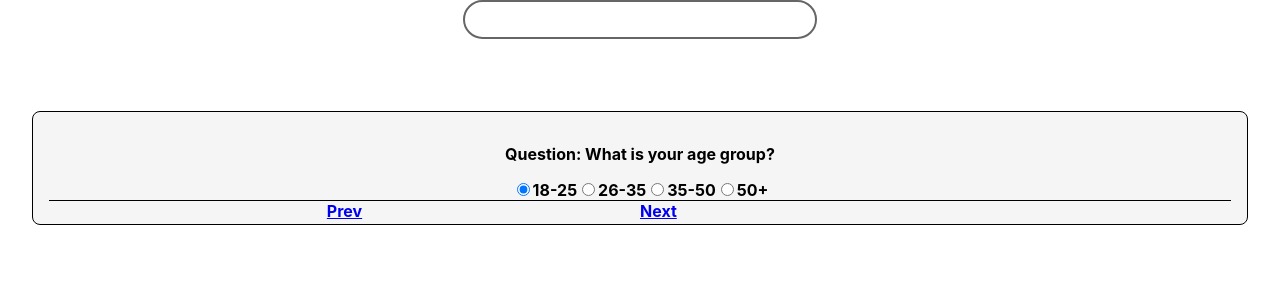
Repository: TheRungtaLibrary/survey
Page: /steps/4
These files come from the project's save history. The page is drawn as it stood at one moment and after the next save; the edit follows.
The browser window is 1280 px wide. The pictures show the whole page.
The project was rebuilt for these pictures with package versions that can differ from the ones it lists, and the page was loaded fresh each time. Also part of the build but not shown: src/App.css, src/components/Steps/Intro/Intro.js, src/components/Steps/Step1/Step1.js, src/components/Steps/Step2/Step2.js, src/components/Steps/Step3/Step3.js, src/components/Steps/Summary/Summary.scss, src/components/Steps/Summary/Summary.js.

Above is the page before, as saved 2020-03-19 18:04:53.

### src/App.js
import React from 'react';
import {
  BrowserRouter as Router,
  Switch,
  Route
} from "react-router-dom";
import "./App.css";
import {SurveyProvider} from "./contexts/SurveyContext";
import Steps from "./components/Steps/Steps";
import { ProgressBarContainer } from "./components/ProgressBarContainer/ProgressBarContainer";
//import NavigationFooter from "./components/NavigationFooter/NavigationFooter";


function App() {
  return (
    <div className="app">
      <Router>
        <Switch>
          <Route path="/">
            <SurveyProvider>
              <ProgressBarContainer />
              <Steps />
            </SurveyProvider>
          </Route>
        </Switch>
      </Router>
    </div>
  );

}

export default App;

### src/contexts/SurveyContext.js
import React from "react";
import { useHistory } from "react-router-dom";
import { useStateWithLocalStorage } from "../utils/useStateWithLocalStorage";
const SurveyContext = React.createContext(null);
export const SurveyConsumer = SurveyContext.Consumer;

export function SurveyProvider({children}) {
    const [info, setInfo] = useStateWithLocalStorage("formData");
    let [currentStep, setCurrentStep] = React.useState(0);

    const setSurveyData = (dataObj)  => {
        setInfo([...info, ...dataObj]);
        setCurrentStep(++currentStep);
    }

    const getSurveyData = () => {
        return localStorage.getItem('formData');
    };

    const decreaseSurveyStep = ()  => {
        setCurrentStep(--currentStep);
    }

    const increaseSurveyStep = () => {
        setCurrentStep(++currentStep);
    };

    const getCurrentStep = () => {
        return currentStep;
    };

    const resetCurrentStep = () => {
        setCurrentStep(0);
        localStorage.removeItem("formData");
    };

    const surveyContextValue = {
        getSurveyData,
        setSurveyData,
        increaseSurveyStep,
        decreaseSurveyStep,
        getCurrentStep,
        currentStep,
        resetCurrentStep
    }

    return (
        <SurveyContext.Provider value={surveyContextValue}>
			{children}
		</SurveyContext.Provider>
    );
}

export default SurveyContext;

### src/components/Steps/Steps.js
import React from 'react';
import {BrowserRouter as Router, Route, Switch} from 'react-router-dom';
import Intro from './Intro/Intro';
import Step1 from './Step1/Step1';
import Step2 from './Step2/Step2';
import Step3 from './Step3/Step3';
import Step4 from './Step4/Step4';
import Summary from './Summary/Summary';

/**
* This is the functional component for Home
* @constructor
*/
function Steps(){

	return (
		<Router>
			<div>
                <Switch>
                    <Route exact path='/' component={Intro} />
                    <Route exact path='/intro' component={Intro} />
                    <Route exact path='/steps/1' component={Step1} />
                    <Route exact path="/steps/2" component={Step2} />
                    <Route exact path="/steps/3" component={Step3} />
                    <Route exact path="/steps/4" component={Step4} />
                    <Route exact path="/steps/5" component={Summary} />
                </Switch>
			</div>
		</Router>
	);
}

export default Steps;

### src/components/ProgressBarContainer/ProgressBarContainer.js
import React, {useState, useEffect} from 'react';
import './ProgressBarContainer.css';
import { SurveyConsumer } from "../../contexts/SurveyContext";

// pass percentRange state through props to Range an ProgressBar components
const Range = (props) => {
    return (
        // render current the filled range of progress bar along its width
        <div className="range" style={{width: `${props.percentRange}%`}}/>
    );
};

const ProgressBar = (props) => {

  const percentRange = props.percentRange * 20 < 80 ? props.percentRange * 20 : 80;

  return (
      <div className="progress-bar">
          {/*render available progress bar’s limit*/}
          <Range percentRange={percentRange}/>
      </div>
  );
};


function EffectedFn() {
    const [loading, setLoading] = useState(true);

    useEffect(() => {
      setTimeout(() => {
        setLoading(false);
      }, 1000 * 10);
    });

    return (
      <div>
        {loading && <span>Loading...</span>}
        {!loading && <span>All Done!</span>}
      </div>
    );
  }

export const ProgressBarContainer = () => {

  return (

    <SurveyConsumer>
    {({currentStep}) =>
      <div className="container">
        <ProgressBar percentRange={currentStep}/>
    </div>
    }
  </SurveyConsumer>


  );
};

### src/utils/useStateWithLocalStorage.js
import React from 'react';

export const useStateWithLocalStorage = localStorageKey => {
  const [value, setValue] = React.useState(
    () => JSON.parse(window.localStorage.getItem(localStorageKey)) || ""
  );

  React.useEffect(() => {
    window.localStorage.setItem(localStorageKey, JSON.stringify(value));
  }, [localStorageKey, value]);

  return [value, setValue];
};

### src/components/Steps/Step4/Step4.js
import React from 'react';
import {Link} from 'react-router-dom';
import './Step4.scss';
import SurveyContext from '../../../contexts/SurveyContext';

/**
 * Calculator component
 */
const Step4 = () => {
  const [ageGroup, setAgeGroup] = React.useState();
  const surveyContext = React.useContext(SurveyContext);


  /**
   * Handler for submit event for calculator form
   * @param {Event} event
   */
  const onSubmit = () => {
    /**
     * Pass Url to aync data loader in context provider
     */
    surveyContext.setSurveyData([{'ageGroup':ageGroup}]);
  }

  const handleOptionChange = (event) => {
    setAgeGroup(event.target.value);
  }

  const onPrev = () => {
    surveyContext.decreaseSurveyStep();
  }

    return (
      <form onSubmit={onSubmit} className="input-container panel">
        <p>Question: What is your age group?</p>
        <div>
          <input
            type="radio"
            id="ageGroup1"
            name="age"
            value="18-25"
            onChange={handleOptionChange}
            defaultChecked/>
          <label htmlFor="contactChoice1">18-25</label>

          <input
            type="radio"
            id="ageGroup2"
            name="age"
            value="26-35"
            onChange={handleOptionChange}
            />
          <label htmlFor="contactChoice2">26-35</label>

          <input
            type="radio"
            id="ageGroup3"
            name="age"
            value="35-50"
            onChange={handleOptionChange}
            />
          <label htmlFor="contactChoice3">35-50</label>

          <input
            type="radio"
            id="ageGroup4"
            name="age"
            value="51"
            onChange={handleOptionChange}
            />
          <label htmlFor="contactChoice3">50+</label>
        </div>
        <div className="nav-footer">
          <div>
          <Link to="/steps/3" onClick={onPrev}>Prev</Link>
          </div>
          <Link to="/steps/5" onClick={onSubmit}>Next</Link>
        </div>
      </form>
    );
}

export default Step4;

### src/components/ProgressBarContainer/ProgressBarContainer.css


.container {
    display: flex;
    justify-content: center;
    align-items: center;
    flex-direction: column;
    width: 100%;
    height: auto;
}

.progress-bar {
    width: 350px;
    height: 35px;
    border-radius: 50px;
    border: 2px solid #666;
    margin-bottom: 40px;
}

.range {
    background: limegreen;
    height: 100%;
    border-radius: inherit;
    transition: width .3s ease-in;
}

.toggle-buttons button {
    margin: 0 10px;
    padding: 7px 20px;
    border-radius: 5px;
    outline: 0;
    cursor: pointer;
}

.toggle-buttons button:hover {
    color: white;
    background: #666;
}

### src/components/Steps/Intro/Intro.scss
.calculator-widget{
    display: flex;
    flex-direction: row nowrap;
}

.panel {
    background-color: hsl(0, 0%, 95%);
    border-radius: .5rem;
    height: 5rem;
    border: solid 1px black;
    padding: 2rem;
    margin: 2rem;
    background: #f5f5f5;
    font-weight: bold;
    align-items: center;
  }

.input-container{
    flex-grow:1;
    padding: 1rem;
    text-align: center;
}

.input-container input{
    padding: .5rem .75rem;
    border: solid 1px black;
    border-radius: .15rem;
    text-align: center;
}

@media screen and (max-width: 580px) and (min-width: 375px) {
    .calculator-widget {
     display: flex;
     flex-flow: column nowrap;
     justify-content: space-around;
     align-items: center;
  }

  .panel{
    height: 10rem;
  }
}

### src/components/Steps/Step1/Step1.scss
.panel {
    background-color: hsl(0, 0%, 95%);
    border-radius: .5rem;
    height: 5rem;
    border: solid 1px black;
    padding: 2rem;
    margin: 2rem;
    background: #f5f5f5;
    font-weight: bold;
    align-items: center;
  }

.input-container{
  display: flex;
  flex-direction: column;
  text-align: center;
}

.input-container input{
    padding: .5rem .75rem;
    border: solid 1px black;
    border-radius: .15rem;
    text-align: center;
}

.nav-footer {
  width: 100%;
  display: flex;
  border-top: solid 1px black;
  div {
    width: 50%;
  }
}

@media screen and (max-width: 580px) and (min-width: 375px) {
    .calculator-widget {
     display: flex;
     flex-flow: column nowrap;
     justify-content: space-around;
     align-items: center;
  }

  .panel{
    height: 10rem;
  }
}

### src/components/Steps/Step2/Step2.scss
.calculator-widget{
    display: flex;
    flex-direction: row nowrap;
}

.panel {
    background-color: hsl(0, 0%, 95%);
    border-radius: .5rem;
    height: 5rem;
    border: solid 1px black;
    padding: 2rem;
    margin: 2rem;
    background: #f5f5f5;
    font-weight: bold;
    align-items: center;
  }

.input-container{
    flex-grow:1;
    padding: 1rem;
    text-align: center;
}

.input-container input{
    padding: .5rem .75rem;
    border: solid 1px black;
    border-radius: .15rem;
    text-align: center;
}

@media screen and (max-width: 580px) and (min-width: 375px) {
    .calculator-widget {
     display: flex;
     flex-flow: column nowrap;
     justify-content: space-around;
     align-items: center;
  }

  .panel{
    height: 10rem;
  }
}

### src/components/Steps/Step3/Step3.scss
.calculator-widget{
    display: flex;
    flex-direction: row nowrap;
}

.panel {
    background-color: hsl(0, 0%, 95%);
    border-radius: .5rem;
    height: 5rem;
    border: solid 1px black;
    padding: 2rem;
    margin: 2rem;
    background: #f5f5f5;
    font-weight: bold;
    align-items: center;
  }

.input-container{
    flex-grow:1;
    padding: 1rem;
    text-align: center;
}

.input-container input{
    padding: .5rem .75rem;
    border: solid 1px black;
    border-radius: .15rem;
    text-align: center;
}

@media screen and (max-width: 580px) and (min-width: 375px) {
    .calculator-widget {
     display: flex;
     flex-flow: column nowrap;
     justify-content: space-around;
     align-items: center;
  }

  .panel{
    height: 10rem;
  }
}

### src/components/Steps/Step4/Step4.scss
.calculator-widget{
    display: flex;
    flex-direction: row nowrap;
}

.panel {
    background-color: hsl(0, 0%, 95%);
    border-radius: .5rem;
    height: 5rem;
    border: solid 1px black;
    padding: 2rem;
    margin: 2rem;
    background: #f5f5f5;
    font-weight: bold;
    align-items: center;
  }

.input-container{
    flex-grow:1;
    padding: 1rem;
    text-align: center;
}

.input-container input{
    padding: .5rem .75rem;
    border: solid 1px black;
    border-radius: .15rem;
    text-align: center;
}

@media screen and (max-width: 580px) and (min-width: 375px) {
    .calculator-widget {
     display: flex;
     flex-flow: column nowrap;
     justify-content: space-around;
     align-items: center;
  }

  .panel{
    height: 10rem;
  }
}

Loaded but not shown: public/index.html (common file); src/index.js (common file); src/index.css (common file); src/serviceWorker.js (common file)

After the next save:
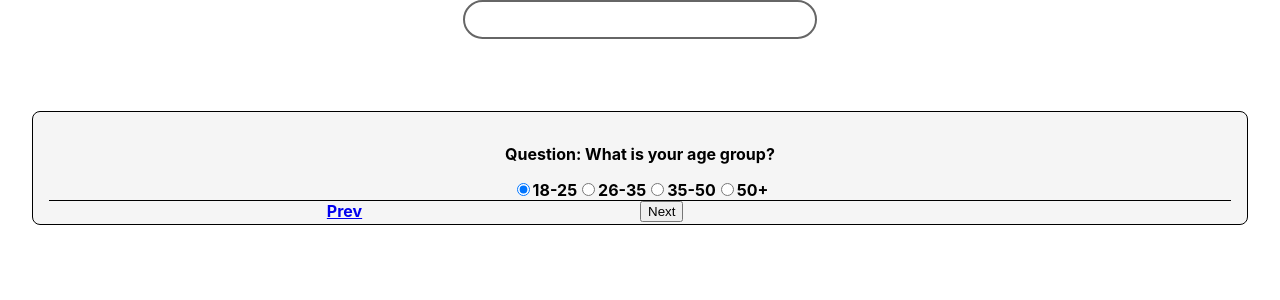
Saved 45 s later.
--- a/src/components/Steps/Step4/Step4.js
+++ b/src/components/Steps/Step4/Step4.js
@@ -74,7 +74,8 @@ const Step4 = () => {
           <div>
           <Link to="/steps/3" onClick={onPrev}>Prev</Link>
           </div>
-          <Link to="/steps/5" onClick={onSubmit}>Next</Link>
+          {/* <Link to="/steps/5" onClick={onSubmit}>Next</Link> */}
+          <button onClick={onSubmit}>Next</button>
         </div>
       </form>
     );
